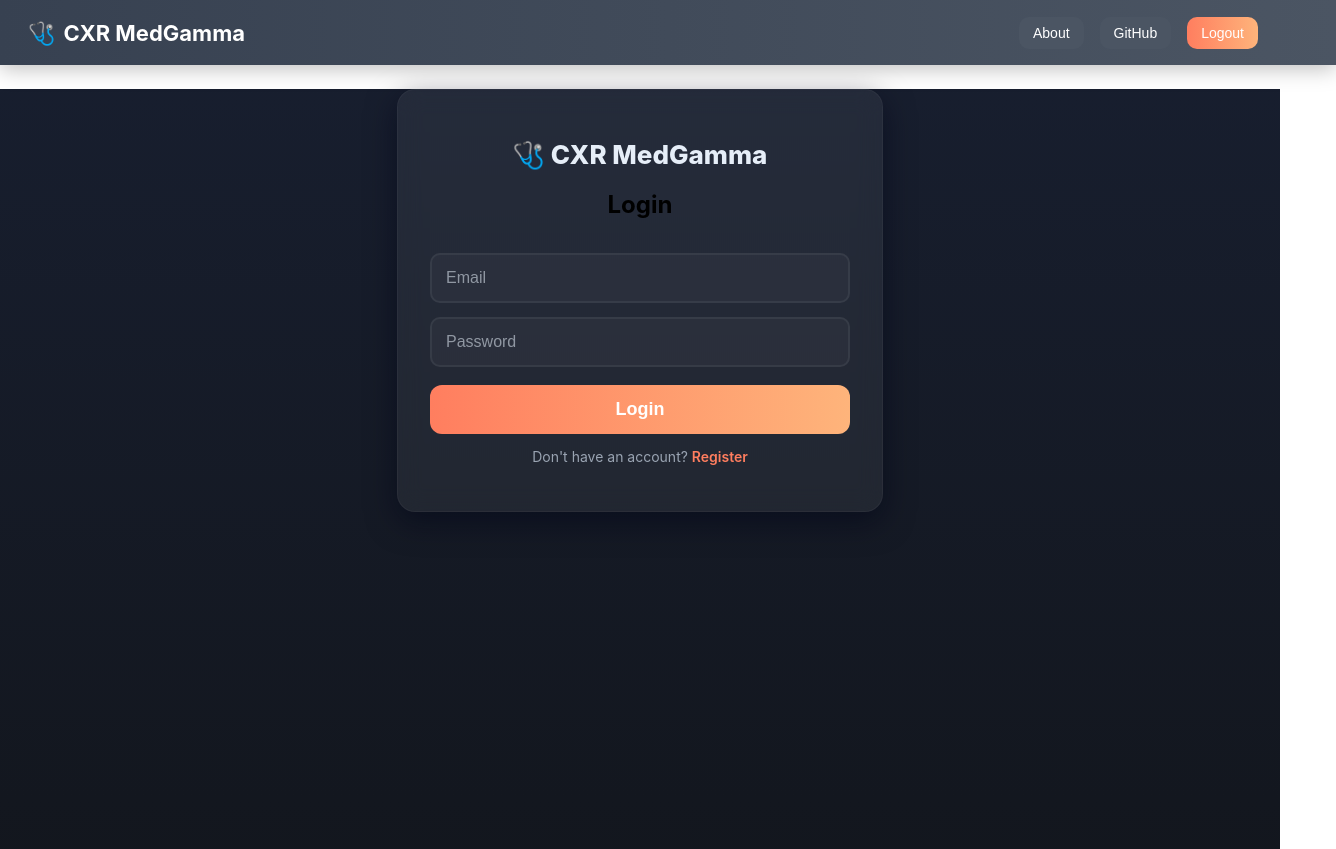
Repository: G-725/cxr-rrg
Page: / (app in my-react-app/)
These files come from the project's save history. The page is drawn as it stood at one moment and after the next save; the edit follows.
The browser window is 1280 px wide. The page is 1336 px wide, so the pictures cover 1336 px, including what lies to the right of the window. The pictures show the whole page.
The project was rebuilt for these pictures with package versions that can differ from the ones it lists, and the page was loaded fresh each time. Also part of the build but not shown: my-react-app/src/pages/Register.js, my-react-app/src/pages/UserDashboard.js. Imported but missing from the stored project, and not drawn on this page: my-react-app/src/api, my-react-app/src/pages/DoctorDashboard.

Above is the page before, as saved 2025-11-29 15:28:04.

### my-react-app/src/App.js
import { BrowserRouter, Routes, Route } from "react-router-dom";
import Login from "./pages/Login";
import Register from "./pages/Register";
import UserDashboard from "./pages/UserDashboard";
import DoctorDashboard from "./pages/DoctorDashboard";
import Navbar from "./components/Navbar";


function App() {
  return (
    <BrowserRouter>
      <Navbar />
      <Routes>

        <Route path="/" element={<Login />} />
        <Route path="/register" element={<Register />} />
        <Route path="/user" element={<UserDashboard />} />
        <Route path="/doctor" element={<DoctorDashboard />} />
      </Routes>
    </BrowserRouter>
  );
}

export default App;

### my-react-app/src/pages/login.js
import axios from "axios";
import { useState } from "react";
import { API_URL } from "../api";
import { useNavigate } from "react-router-dom";
import "../auth.css";

function Login() {
  const nav = useNavigate();
  const [email, setEmail] = useState("");
  const [password, setPassword] = useState("");
  const [isLogging, setIsLogging] = useState(false);

  const loginUser = async () => {
    try {
      const emailPattern = /^[^\s@]+@[^\s@]+\.[^\s@]+$/;
      if (!email || !password) return alert("Please enter email and password");
      if (!emailPattern.test(email)) return alert("Please enter a valid email address");
      setIsLogging(true);

      const res = await axios.post(`${API_URL}/api/auth/login`, { email, password });

      // persist email + role
      localStorage.setItem("email", email);
      localStorage.setItem("role", res.data.role || "user");

      if (res.data.role === "doctor") nav("/doctor");
      else nav("/user");
    } catch (err) {
      const message = err?.response?.data?.error || "Invalid credentials";
      alert(message);
    } finally {
      setIsLogging(false);
    }
  };

  return (
    <div className="dashboard-bg">
      <div className="premium-container">
        <div className="auth-card pop-in">
        <h1 className="ashom-title">🩺 CXR MedGamma</h1>
        <h2>Login</h2>

        <input className="auth-input" placeholder="Email" value={email} onChange={(e)=>setEmail(e.target.value)} />
        <input className="auth-input" type="password" placeholder="Password" value={password} onChange={(e)=>setPassword(e.target.value)} />

        <button className="auth-btn" onClick={loginUser} disabled={isLogging}>{isLogging ? "Logging in…" : "Login"}</button>

        <p className="switch-text">
          Don't have an account? <span className="link" onClick={()=>nav("/register")}>Register</span>
        </p>
        </div>
      </div>
    </div>
  );
}

export default Login;

### my-react-app/src/components/Navbar.js
import { useNavigate } from "react-router-dom";
import "./Navbar.css";

function Navbar() {
  const nav = useNavigate();

  const logout = () => {
    localStorage.removeItem("email");
    nav("/");
  };

  return (
    <div className="navbar premium-fade">
      <div className="nav-left">
        🩺 <span>CXR MedGamma</span>
      </div>

      <div className="nav-right">
        <button className="nav-btn">About</button>
        <button
          className="nav-btn"
          onClick={() => window.open("https://github.com", "_blank")}
        >
          GitHub
        </button>

        <button className="logout-btn" onClick={logout}>Logout</button>
      </div>
    </div>
  );
}

export default Navbar;

### my-react-app/src/auth.css
@import './styles/premium.css';

/* FULLSCREEN BACKGROUND */
.premium-bg {
  height: 100vh;
  background: linear-gradient(180deg, var(--bg-start), var(--bg-end));
  display: flex;
  justify-content: center;
  align-items: center;
  color: var(--primary);
}

/* Glassmorphic Card */
.auth-card {
  width: 420px;
  max-width: 100%;
  background: var(--panel-bg);
  backdrop-filter: blur(12px);
  padding: 32px;
  border-radius: var(--radius-lg);
  box-shadow: var(--card-shadow);
  text-align: center;
  margin: 24px auto; /* keep centered in premium container */
  border: 1px solid rgba(255,255,255,0.04);
}

/* Pop Animation */
.pop-in {
  animation: pop 0.7s ease;
}

@keyframes pop {
  from { opacity:0; transform: scale(0.9); }
  to { opacity:1; transform: scale(1); }
}

/* Inputs */
.auth-input {
  width: 100%;
  padding: 14px;
  margin-top: 14px;
  border-radius: 10px;
  border: 2px solid rgba(255,255,255,0.06);
  font-size: 16px;
  transition: 0.3s;
  background: rgba(255,255,255,0.03);
  color: var(--primary);
  box-sizing: border-box;
}
.auth-input::placeholder { color: rgba(230,238,248,0.55); }

.auth-input:focus {
  border-color: var(--accent2);
  box-shadow: 0 0 12px rgba(254,180,123,0.12);
  outline: none;
}

/* Premium Orange Button */
.auth-btn {
  width: 100%;
  padding: 14px;
  margin-top: 18px;
  background: linear-gradient(90deg, var(--accent1), var(--accent2));
  color: white;
  border: none;
  border-radius: 12px;
  font-size: 18px;
  font-weight: 600;
  cursor: pointer;
  transition: 0.3s ease;
}

.auth-btn:hover {
  transform: translateY(-3px);
  box-shadow: 0 12px 40px rgba(59, 130, 246, 0.12);
}

/* Title */
.ashom-title {
  font-size: 26px;
  font-weight: 800;
  color: var(--primary);
}

/* Switch link */
.switch-text { margin-top: 14px; font-size: 14px; }
.link { color: var(--accent1); cursor: pointer; font-weight: 600; }
.link:hover { text-decoration: underline; }
.switch-text { color: var(--muted); }

### my-react-app/src/dashboard.css
@import './styles/premium.css';
/* ===============================
  Dashboard Background
================================== */
.dashboard-bg {
  min-height: 100vh;
  background: linear-gradient(180deg, rgba(11,18,35,0.95), rgba(6,10,18,0.95));
  padding-bottom: 40px;
}

/* ===============================
   Main Container
================================== */
.premium-container {
  width: 95%;
  max-width: 1100px;
  margin: 24px auto;
  text-align: left;
}

/* Title stays centered ALWAYS */
.dash-title {
  text-align: center !important;
  width: 100%;
  font-size: 32px;
  font-weight: 800;
  color: var(--primary);
  margin-bottom: 18px;
}

/* ===============================
   Upload Card (glass style)
================================== */
.upload-card {
  background: var(--panel-bg);
  border-radius: var(--radius-lg);
  padding: 26px;
  backdrop-filter: blur(10px);
  box-shadow: var(--card-shadow);
  animation: popIn 0.6s ease;
  max-width: 700px;
  margin: 0 auto 30px auto;
  min-height: 300px;
}

.card-title {
  font-size: 20px;
  font-weight: 700;
  margin-bottom: 15px;
}

/* Inputs */
.file-upload {
  width: 100%;
  padding: 16px;
  background: rgba(255,255,255,0.03);
  border: 2px dashed rgba(255,255,255,0.06);
  border-radius: 12px;
  color: var(--primary);
  transition: 0.3s ease;
  box-sizing: border-box; /* include padding in width */
  display: inline-block;
  max-width: 100%;
  overflow: hidden; /* guard against long filenames causing overflow */
}

.file-upload:hover {
  border-color: var(--accent1);
}

/* Ensure the standard button inside file input doesn't overflow the container */
/* Modern browsers support ::file-selector-button and WebKit has ::-webkit-file-upload-button */
.file-upload::file-selector-button,
.file-upload::-webkit-file-upload-button {
  padding: 8px 12px;
  margin-right: 8px;
  border-radius: 10px;
  border: none;
  background: linear-gradient(90deg, var(--accent1), var(--accent2));
  color: #fff;
  font-weight: 700;
  cursor: pointer;
}
.file-upload::file-selector-button:hover,
.file-upload::-webkit-file-upload-button:hover {
  transform: translateY(-2px);
  box-shadow: 0 6px 18px rgba(0,0,0,0.18);
}

.notes-input {
  width: 100%;
  margin-top: 12px;
  height: 90px;
  padding: 12px;
  border-radius: 12px;
  border: 2px solid rgba(255,255,255,0.06);
  background: rgba(0,0,0,0.06);
  color: var(--primary);
  transition: 0.3s ease;
  box-sizing: border-box; /* prevent content overflow from padding */
  max-width: 100%;
  resize: vertical; /* allow user to expand vertically only */
  overflow: auto; /* ensure text doesn't break layout */
}

.notes-input:focus {
  border-color: var(--accent2);
  box-shadow: 0 0 18px rgba(254,180,123,0.12);
  outline: none;
}

/* Analyze button */
.analyze-btn {
  width: 100%;
  padding: 16px;
  border-radius: 12px;
  border: none;
  margin-top: 18px;
  font-size: 18px;
  font-weight: 700;
  color: white;
  background: linear-gradient(90deg, var(--accent1), var(--accent2));
  cursor: pointer;
  transition: 0.3s ease;
}

.glow-btn:hover {
  transform: translateY(-3px);
  box-shadow: 0 12px 40px rgba(59, 130, 246, 0.18);
}

/* ===============================
   Diagnosis Report Card (fixed width)
================================== */
.diagnosis-card {
  margin: 30px auto;
  max-width: 700px;
  width: 100%;
  background: var(--panel-bg);
  border-radius: 22px;
  backdrop-filter: blur(14px);
  box-shadow: 0 12px 35px rgba(0, 0, 0, 0.25);
  min-height: 300px;
}

/* Report title stays centered ALWAYS */
.diagnosis-header {
  background: linear-gradient(90deg, var(--accent1), var(--accent2));
  padding: 18px;
  font-size: 20px;
  font-weight: 800;
  color: #111827;
  text-align: center !important;
}

/* Content */
.diagnosis-content {
  padding: 20px;
  text-align: left;
}

.diagnosis-item {
  max-width: 650px;
  margin: 0 auto 12px auto;
  display: flex;
  justify-content: space-between;
}

.label {
  font-weight: 700;
  color: #374151;
}
.value {
  color: #4b5563;
  text-align: right;
}

/* Image centering and size fix */
.diagnosis-img {
  width: 100%;
  max-width: 650px;
  margin: 20px auto;
  border-radius: 16px;
  display: block;
  box-shadow: 0 8px 18px rgba(0, 0, 0, 0.25);
  transition: 0.3s ease;
}

.diagnosis-img:hover {
  transform: scale(1.03);
}

/* Timestamp */
.timestamp {
  margin-top: 12px;
  font-size: 14px;
  color: #6b7280;
  text-align: center;
}

/* Animations */
@keyframes popIn {
  from {
    opacity: 0;
    transform: scale(0.92);
  }
  to {
    opacity: 1;
    transform: scale(1);
  }
}

.premium-slide {
  animation: popIn 0.6s ease-out;
}

/* Two-column layout when result exists */
.container-grid {
  display: grid;
  grid-template-columns: 1fr 420px;
  gap: 26px;
  align-items: start;
}

.container-grid .upload-card, .container-grid .diagnosis-card {
  margin: 0;
}

/* Make the report card a bit sticky to keep it in view */
.container-grid .diagnosis-card {
  position: sticky;
  top: 90px;
}

.upload-card, .diagnosis-card {
  transition: transform 0.35s ease, box-shadow 0.35s ease;
}

.upload-card.pop-in {
  transform: translateY(0);
}

/* responsive adjustments */
@media (max-width: 900px) {
  .container-grid { grid-template-columns: 1fr; }
  .container-grid .diagnosis-card { position: static; top: auto; }
}

### my-react-app/src/components/Navbar.css
/* NAVBAR BASE */
.navbar {
  width: 100%;
  height: 65px;
  background: linear-gradient(90deg, #374151, #4b5563);
  display: flex;
  align-items: center;
  justify-content: space-between;
  padding: 0 28px;
  color: white;
  box-shadow: 0 4px 20px rgba(0,0,0,0.25);
  position: sticky;
  top: 0;
  z-index: 100;
}

/* Fade animation */
.premium-fade {
  animation: fadeIn 0.7s ease-out;
}

@keyframes fadeIn {
  from { opacity: 0; transform: translateY(-10px); }
  to { opacity: 1; transform: translateY(0); }
}

/* Left Title */
.nav-left {
  font-size: 22px;
  font-weight: 700;
  display: flex;
  align-items: center;
}
.nav-left span {
  margin-left: 8px;
}

/* Right Buttons */
.nav-right {
  display: flex;
  gap: 16px;
}

/* Premium Button */
.nav-btn {
  background: #4b5563;
  padding: 8px 14px;
  border-radius: 10px;
  border: none;
  color: #fff;
  font-size: 14px;
  cursor: pointer;
  transition: 0.25s ease;
}

.nav-btn:hover {
  background: linear-gradient(90deg, #ff7e5f, #feb47b);
  transform: scale(1.05);
  box-shadow: 0 4px 10px rgba(0,0,0,0.25);
}

/* Logout in Orange ASHOM Theme */
.logout-btn {
  background: linear-gradient(90deg, #ff7e5f, #feb47b);
  padding: 8px 14px;
  border: none;
  border-radius: 10px;
  color: white;
  font-size: 14px;
  cursor: pointer;
  transition: 0.25s ease;
  margin-right: 50px;
}

.logout-btn:hover {
  transform: scale(1.05);
  box-shadow: 0 4px 12px rgba(0,0,0,0.25);
}

/* gold-badge removed — premium label no longer used */

### my-react-app/src/styles/premium.css
/* Premium Theme variables */
:root {
  --bg-start: #0f172a;
  --bg-end: #0b1223;
  --panel-bg: rgba(255, 255, 255, 0.06);
  --glass-bg: rgba(255, 255, 255, 0.04);
  --accent1: #ff7e5f;
  --accent2: #feb47b;
  --primary: #e6eef8;
  --muted: #9aa4b2;
  --card-shadow: 0 10px 30px rgba(2,6,23,0.55);
  --radius-lg: 18px;
  --radius-md: 12px;
}

/* Some utility classes */
.premium-page {
  background: linear-gradient(180deg, var(--bg-start), var(--bg-end));
  min-height: 100vh;
  color: var(--primary);
}

.premium-panel {
  background: linear-gradient(180deg, rgba(255,255,255,0.02), rgba(255,255,255,0.01));
  border-radius: var(--radius-lg);
  padding: 18px;
  box-shadow: var(--card-shadow);
  border: 1px solid rgba(255,255,255,0.03);
}

/* gold-badge removed — no longer used in navbar */

.upgrade-btn {
  padding: 10px 14px;
  background: linear-gradient(90deg, var(--accent1), var(--accent2));
  color: white;
  border-radius: 10px;
  border: 0;
  font-weight: 700;
  cursor: pointer;
  box-shadow: 0 8px 30px rgba(59, 130, 246, 0.12) inset, 0 6px 18px rgba(0,0,0,0.25);
}

.container-grid {
  display: grid;
  grid-template-columns: 1fr 320px;
  gap: 20px;
  align-items: start;
}

.card-grid {
  display: grid;
  grid-template-columns: repeat(auto-fit, minmax(220px, 1fr));
  gap: 18px;
}

@media (max-width: 900px) {
  .container-grid { grid-template-columns: 1fr; }
}

Loaded but not shown: my-react-app/public/index.html (common file); my-react-app/src/index.js (common file); my-react-app/src/index.css (common file); my-react-app/src/reportWebVitals.js (common file)

After the next save:
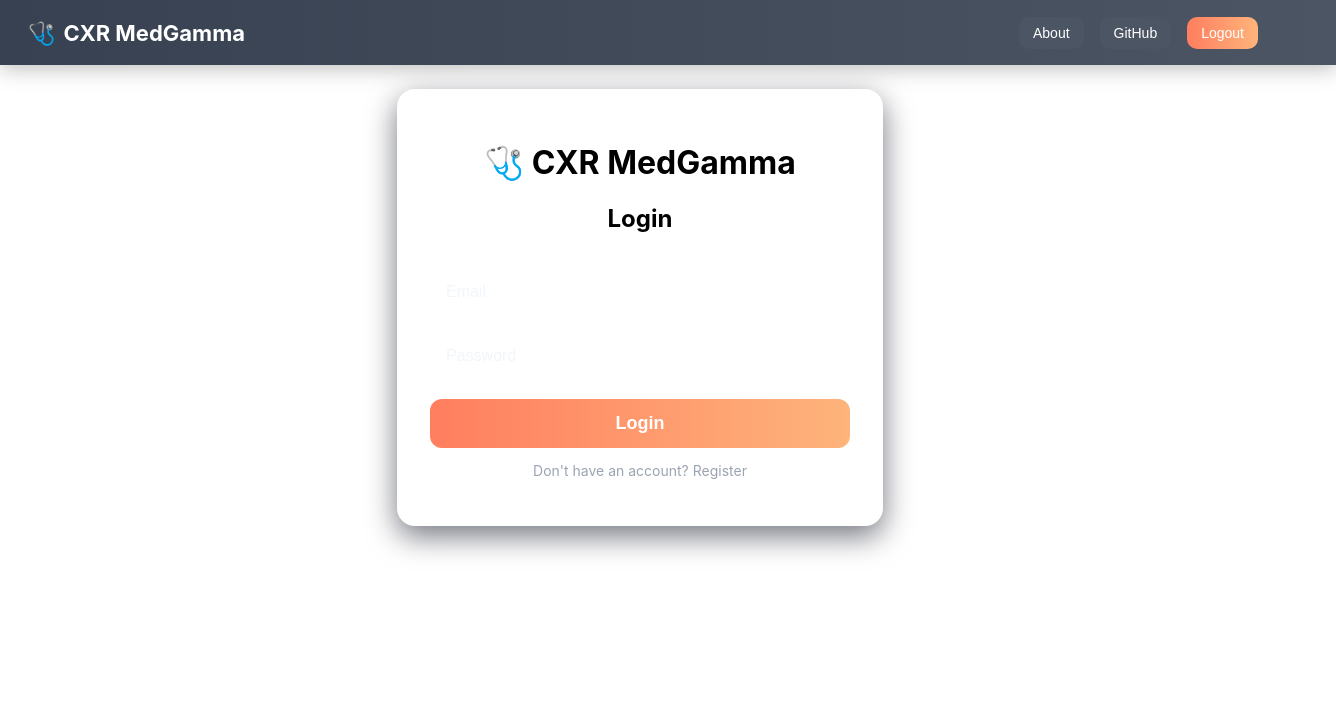
Saved 99 s later.
--- a/my-react-app/src/pages/login.js
+++ b/my-react-app/src/pages/login.js
@@ -8,47 +8,52 @@ function Login() {
   const nav = useNavigate();
   const [email, setEmail] = useState("");
   const [password, setPassword] = useState("");
-  const [isLogging, setIsLogging] = useState(false);
 
   const loginUser = async () => {
     try {
-      const emailPattern = /^[^\s@]+@[^\s@]+\.[^\s@]+$/;
-      if (!email || !password) return alert("Please enter email and password");
-      if (!emailPattern.test(email)) return alert("Please enter a valid email address");
-      setIsLogging(true);
+      const res = await axios.post(`${API_URL}/api/auth/login`, {
+        email,
+        password,
+      });
 
-      const res = await axios.post(`${API_URL}/api/auth/login`, { email, password });
-
-      // persist email + role
       localStorage.setItem("email", email);
-      localStorage.setItem("role", res.data.role || "user");
 
       if (res.data.role === "doctor") nav("/doctor");
       else nav("/user");
     } catch (err) {
-      const message = err?.response?.data?.error || "Invalid credentials";
-      alert(message);
-    } finally {
-      setIsLogging(false);
+      alert("Invalid credentials");
     }
   };
 
   return (
-    <div className="dashboard-bg">
-      <div className="premium-container">
-        <div className="auth-card pop-in">
-        <h1 className="ashom-title">🩺 CXR MedGamma</h1>
+    <div className="auth-container fade">
+      <div className="auth-card slide-up">
+        <h1 className="logo-title">🩺 CXR MedGamma</h1>
         <h2>Login</h2>
 
-        <input className="auth-input" placeholder="Email" value={email} onChange={(e)=>setEmail(e.target.value)} />
-        <input className="auth-input" type="password" placeholder="Password" value={password} onChange={(e)=>setPassword(e.target.value)} />
+        <input
+          className="auth-input"
+          placeholder="Email"
+          onChange={(e) => setEmail(e.target.value)}
+        />
 
-        <button className="auth-btn" onClick={loginUser} disabled={isLogging}>{isLogging ? "Logging in…" : "Login"}</button>
+        <input
+          type="password"
+          className="auth-input"
+          placeholder="Password"
+          onChange={(e) => setPassword(e.target.value)}
+        />
+
+        <button className="auth-btn" onClick={loginUser}>
+          Login
+        </button>
 
         <p className="switch-text">
-          Don't have an account? <span className="link" onClick={()=>nav("/register")}>Register</span>
+          Don't have an account?{" "}
+          <span onClick={() => nav("/register")} className="link-text">
+            Register
+          </span>
         </p>
-        </div>
       </div>
     </div>
   );
